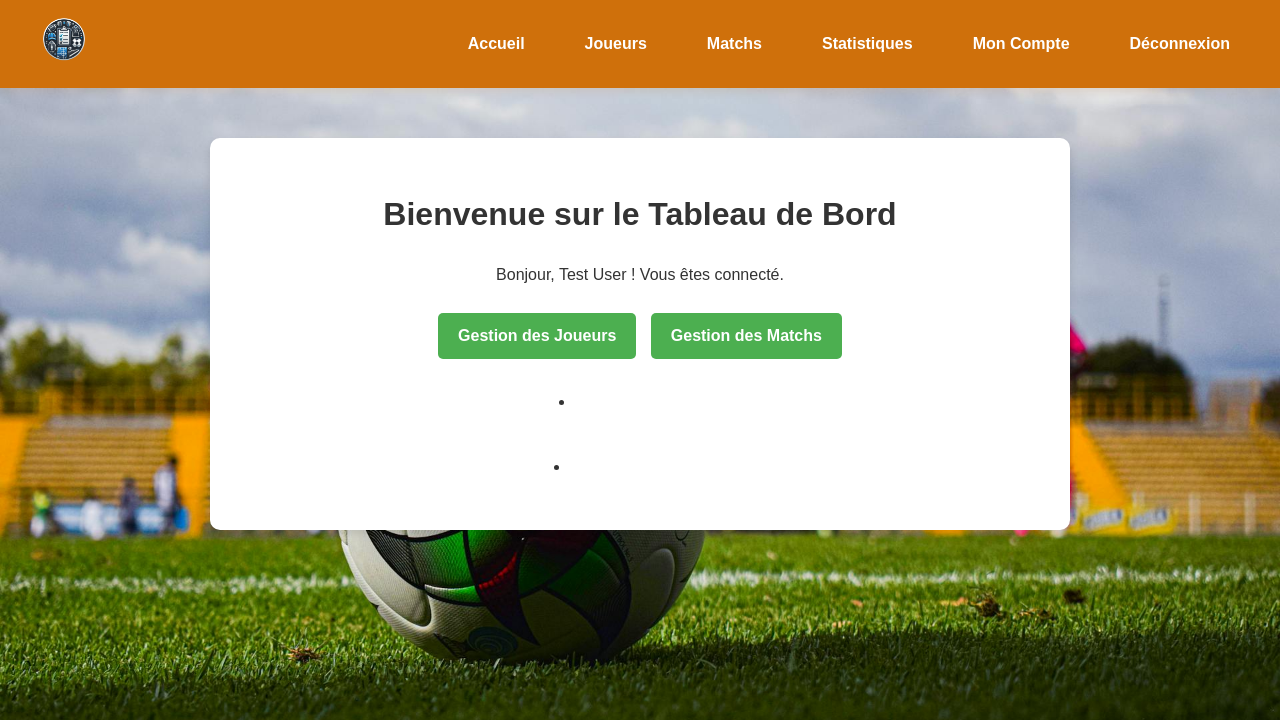
Repository: iisloomx/R401_MiniProjet
Page: http://localhost/MiniprojetR3.01/views/dashboard.php
The author's editor kept a copy of each file at every save. The page is drawn from the files as they stood at one save, then again after the next save.
The browser window is 1280 px wide. The pictures show the whole page.
The page is run by PHP 8.4 with error messages shown; the project is at /var/www/html/. The session is filled in as if someone had signed in: {"id_utilisateur": 1, "utilisateur": "Test User"}. Other server files are loaded and not shown.

Above is the page before, as saved 2025-01-19 04:30:43.

### views/dashboard.php
<?php
session_start(); // Démarrez la session au début du fichier

if (!isset($_SESSION['utilisateur'])) {
    header("Location: connexion.php");
    exit();
}

include 'header.php';
?>

<!DOCTYPE html>
<html lang="fr">

<head>
    <meta charset="UTF-8">
    <title>Tableau de Bord</title>
    <link rel="stylesheet" href="css/style.css">
</head>

<body>
    <div class="table-container">
        <div class="dashboard-container">
            <h1>Bienvenue sur le Tableau de Bord</h1>
            <?php if (isset($_SESSION['utilisateur'])) : ?>
                <p>Bonjour, <?= htmlspecialchars($_SESSION['utilisateur']); ?> ! Vous êtes connecté.</p>
            <?php else : ?>
                <p>Erreur : Utilisateur non connecté.</p>
            <?php endif; ?>


                    <a href="../controllers/JoueursController.php?action=liste" class="btn btn-gestjou">Gestion des Joueurs</a></li>
                    <a href="../controllers/MatchsController.php?action=liste" class="btn btn-gestmatch">Gestion des Matchs</a></li>
                    <li><a href="../controllers/StatistiquesController.php?action=index" class="btn btn-stat">Statistiques</a></li> <!-- Nouveau bouton -->
                    <li><a href="../controllers/DeconnexionController.php" class="btn btn-deco">Déconnexion</a></li>

        </div>
    </div>
</body>

</html>

<?php include 'footer.php'; ?>

### views/header.php
<!DOCTYPE html>
<html lang="fr">
<head>
    <meta charset="UTF-8">
    <title>Tableau de Bord</title>
    <link rel="stylesheet" href="/MiniprojetR3.01/views/css/style.css">

</head>
<body>
    <header class="main-header">
        <div class="logo">
            <a href="/MiniprojetR3.01/views/dashboard.php"><img src="../img/logo.PNG" alt="Logo" /></a>
        </div>

        <nav class="nav-links">
            <a href="/MiniprojetR3.01/views/dashboard.php">Accueil</a>
            <?php if (isset($_SESSION['utilisateur'])) : ?>

                    <a href="../controllers/JoueursController.php?action=liste">Joueurs</a>
                    <a href="../controllers/MatchsController.php?action=liste  ">Matchs</a>
                    <a href="../controllers/StatistiquesController.php?action=index">Statistiques</a>

                <a href="/MiniprojetR3.01/views/mon_compte.php" class="btn-account">Mon Compte</a>
                <a href="/MiniprojetR3.01/controllers/DeconnexionController.php" class="btn-logout">Déconnexion</a>
            <?php endif; ?>
        </nav>
    </header>
</body>
</html>

### views/css/style.css
/* Global Styles */
body {
    background: url('../img/BGROUND.jpg') no-repeat center center fixed;
    background-size: cover;
    font-family: Arial, sans-serif;
    margin: 0;
    padding: 0;
    line-height: 1.6;
    color: #333;
}

/* Header Styles */
.main-header {
    display: flex;
    align-items: center;
    justify-content: space-between;
    background-color: #cf700b;
    padding: 15px 30px;
    color: #fff;
    box-shadow: 0 4px 8px rgba(216, 117, 12, 0.1);
    position: sticky;
    top: 0;
    z-index: 1000;
}

.dropdown {
    position: relative;
    display: inline-block;
}

.dropdown-content {
    display: none;
    position: absolute;
    background-color: #f9f9f9;
    min-width: 160px;
    box-shadow: 0px 8px 16px 0px rgba(0,0,0,0.2);
    z-index: 1;
}

.dropdown-content a {
    color: black;
    padding: 12px 16px;
    text-decoration: none;
    display: block;
}



.logo img {
    height: 50px;
}

.nav-links {
    display: flex;
    align-items: center;
}

.nav-links a {
    color: #fff;
    text-decoration: none;
    font-weight: bold;
    margin-left: 20px;
    padding: 10px 20px;
    border-radius: 5px;
    transition: background-color 0.3s ease, color 0.3s ease, transform 0.2s ease;
}

.nav-links a:hover {
    background-color: #f4a261;
    color: #333;
    transform: scale(1.05);
}

.table-container {
    max-width: 800px;
    margin: 50px auto;
    background-color: #fff;
    padding: 30px;
    border-radius: 10px;
    box-shadow: 0 4px 8px rgba(0,0,0,0.1);
    text-align: center;
}

/* Container Styles */
.container {
    max-width: 800px;
    margin: 50px auto;
    padding: 30px;
    background-color: #fff;
    border-radius: 10px;
    box-shadow: 0 4px 8px rgba(0, 0, 0, 0.1);
    text-align: center;
}

/* Page Titles */
.container h1 {
    font-size: 32px;
    color: #333;
    margin-bottom: 20px;
}

/* --- AJOUT : Style du bouton "Ajouter un Match" --- */
.btn-add-match {
    display: inline-block;
    background-color: #4CAF50;
    color: #fff;
    font-weight: bold;
    text-decoration: none;
    padding: 10px 20px;
    border-radius: 5px;
    margin: 0 auto 20px auto;
    transition: background-color 0.3s ease, transform 0.2s ease;
}

.btn-add-match:hover {
    background-color: #45a049;
    transform: scale(1.05);
}

/* Pour forcer la couleur même si lien "visité" */
.btn-add-match:visited {
    color: #fff;
}

/* Forms */
form {
    width: 100%;
    max-width: 500px;
    margin: 0 auto;
    text-align: left;
}

form label {
    font-size: 16px;
    font-weight: bold;
    color: #555;
    display: block;
    margin-bottom: 5px;
}

form input[type="text"],
form input[type="number"],
form input[type="date"],
form input[type="password"],
form select {
    width: 100%;
    padding: 10px;
    margin-bottom: 20px;
    border: 1px solid #ccc;
    border-radius: 5px;
    font-size: 16px;
    transition: border-color 0.3s ease, box-shadow 0.3s ease;
}

form input[type="text"]:focus,
form input[type="number"]:focus,
form input[type="date"]:focus,
form input[type="password"]:focus {
    border-color: #4CAF50;
    box-shadow: 0 0 8px rgba(76, 175, 80, 0.5);
    outline: none;
}

form button {
    width: 100%;
    padding: 15px;
    background-color: #4CAF50;
    border: none;
    border-radius: 5px;
    color: white;
    font-size: 18px;
    font-weight: bold;
    cursor: pointer;
    transition: background-color 0.3s ease, transform 0.2s ease;
}

form button:hover {
    background-color: #45a049;
    transform: scale(1.05);
}


/* Table Styles */
.styled-table {
    width: 100%;
    border-collapse: collapse;
    margin-top: 20px;
    font-size: 16px;
    text-align: left; /* Changed from center to left */
    table-layout: fixed; /* Added to fix table layout */
}

.styled-table th,
.styled-table td {
    padding: 15px;
    border: 1px solid #ddd;
    word-wrap: break-word;
    white-space: normal;
}

.styled-table th {
    background-color: #f4a261;
    color: white;
    font-weight: bold;
}

.styled-table tr:nth-child(even) {
    background-color: #f9f9f9;
}

.styled-table tr:hover {
    background-color: #f1f1f1;
}

/* Links in Table */
.styled-table a {
    text-decoration: none;
    font-weight: bold;
    color: #fff;
    padding: 5px 10px;
    border-radius: 5px;
    transition: background-color 0.3s ease, color 0.3s ease, transform 0.2s ease;
}

.styled-table a:hover {
    background-color: #4CAF50;
    color: white;
    transform: scale(1.05);
}

/* Buttons for Add/Edit/Delete */
.btn {
    display: inline-block;
    padding: 10px 20px;
    font-size: 16px;
    font-weight: bold;
    color: white;
    text-decoration: none;
    border-radius: 5px;
    margin: 10px 5px;
    transition: background-color 0.3s ease, transform 0.2s ease;
}

.btn:hover {
    transform: scale(1.05);
}

.btn-add {
    background-color: #4CAF50; /* Green */
}

.btn-add:hover {
    background-color: #45a049;
}

.btn-add-commentaire {
    background-color: #4CAF50; /* Green */
}

.btn-add-commentaire:hover {
    background-color: #45a049;
}

.btn-add-joueur, .btn-gestmatch, .btn-gestjou, .btngest-match {
    background-color: #4CAF50; /* Green */
}

.btn-add-joueur:hover {
    background-color: #45a049;

.btn-feuille {
    background-color: #d6d65b; /* Green */
}

.btn-feuille:hover {
    background-color: #b2b24e; /* Green */
}

.btn-edit {
    background-color: #3498db; /* Blue */
}

.btn-edit:hover {
    background-color: #2980b9;
}

.btn-delete, .btn-deco {
    background-color: #e74c3c; /* Red */
}

.btn-delete:hover, .btn-deco:hover {
    background-color: #c0392b;
}

.btn-back {
    background-color: #9b59b6; /* Purple */
}

.btn-back:hover {
    background-color: #8e44ad;
}


/* Footer Styles */
.main-footer {
    display: flex;
    align-items: center;
    justify-content: center;
    background-color: #cf700b;
    padding: 15px 30px;
    color: #fff;
    height: 60px;
    margin-top: 50px;
}

/* Footer Links */
.footer-links a {
    color: #fff;
    text-decoration: none;
    font-weight: bold;
}

.footer-links a:hover {
    text-decoration: underline;
}

/* Form Error Message */
.error-message {
    color: red;
    font-size: 16px;
    margin-bottom: 15px;
    text-align: center;
}

/* Responsive Styles */
@media (max-width: 600px) {
    .container {
        width: 90%;
        margin: 20px auto;
        padding: 20px;
    }

    .styled-table {
        font-size: 14px;
    }

    form input,
    form button {
        font-size: 14px;
    }
}

/* Link to Create Account */
.create-account-link {
    color: #4CAF50;
    font-weight: bold;
    text-decoration: none;
    margin-top: 20px;
    display: inline-block;
    transition: color 0.3s ease, transform 0.2s ease;
}

.create-account-link:hover {
    color: #45a049;
    text-decoration: underline;
    transform: scale(1.05);
}

.create-account-container {
    text-align: center;
    margin-top: 20px;
    font-size: 16px;
    color: #333;
}

.form-container h2 {
    font-size: 28px;
    margin-bottom: 20px;
    color: #333;
    text-align: center;
}

/* Dashboard Container */
.dashboard-container {
    text-align: center;
    margin-top: 50px;
    padding: 30px;
    background-color: #fff;
    border-radius: 10px;
    box-shadow: 0 4px 8px rgba(0, 0, 0, 0.1);
    max-width: 600px;
    margin-left: auto;
    margin-right: auto;
}

/* Dashboard Title */
.dashboard-container h1 {
    font-size: 32px;
    color: #333;
    margin-bottom: 20px;
}

/* Dashboard Paragraph */
.dashboard-container p {
    font-size: 18px;
    color: #555;
    margin-bottom: 30px;
}

/* Navigation Links */
.dashboard-container nav ul {
    list-style: none;
    padding: 0;
    margin: 0;
}

.dashboard-container nav ul li {
    margin: 10px 0;
}

.dashboard-container nav ul li a {
    display: inline-block;
    font-size: 18px;
    font-weight: bold;
    text-decoration: none;
    color: #fff;
    background-color: #4CAF50;
    padding: 10px 20px;
    border-radius: 5px;
    transition: background-color 0.3s ease, transform 0.2s ease;
}

.dashboard-container nav ul li a:hover {
    background-color: #45a049;
    transform: scale(1.05);
}

/* Déconnexion Button */
.dashboard-container nav ul li a.deconnexion {
    background-color: #e74c3c;
}

.dashboard-container nav ul li a.deconnexion:hover {
    background-color: #c0392b;
}

/* Styles pour les boutons radio et leurs labels */
.radio-group {
    display: flex;
    flex-wrap: wrap;
    gap: 10px;
    margin-top: 10px;
}

.radio-group label {
    display: inline-flex;
    align-items: center;
    font-size: 16px;
    color: #555;
    cursor: pointer;
    margin-right: 15px;
}

.radio-group input[type="radio"] {
    margin-right: 5px;
    cursor: pointer;
    width: 16px;
    height: 16px;
    vertical-align: middle;
}

.error-message {
    color: red;
    font-size: 14px;
    margin-top: 10px;
}

.success-message {
    color: green;
    font-size: 14px;
    margin-top: 10px;
}

.no-data {
    color: #555;
    font-size: 16px;
    margin-top: 20px;
}

}

Loaded but not shown: views/footer.php (common file)

After the next save:
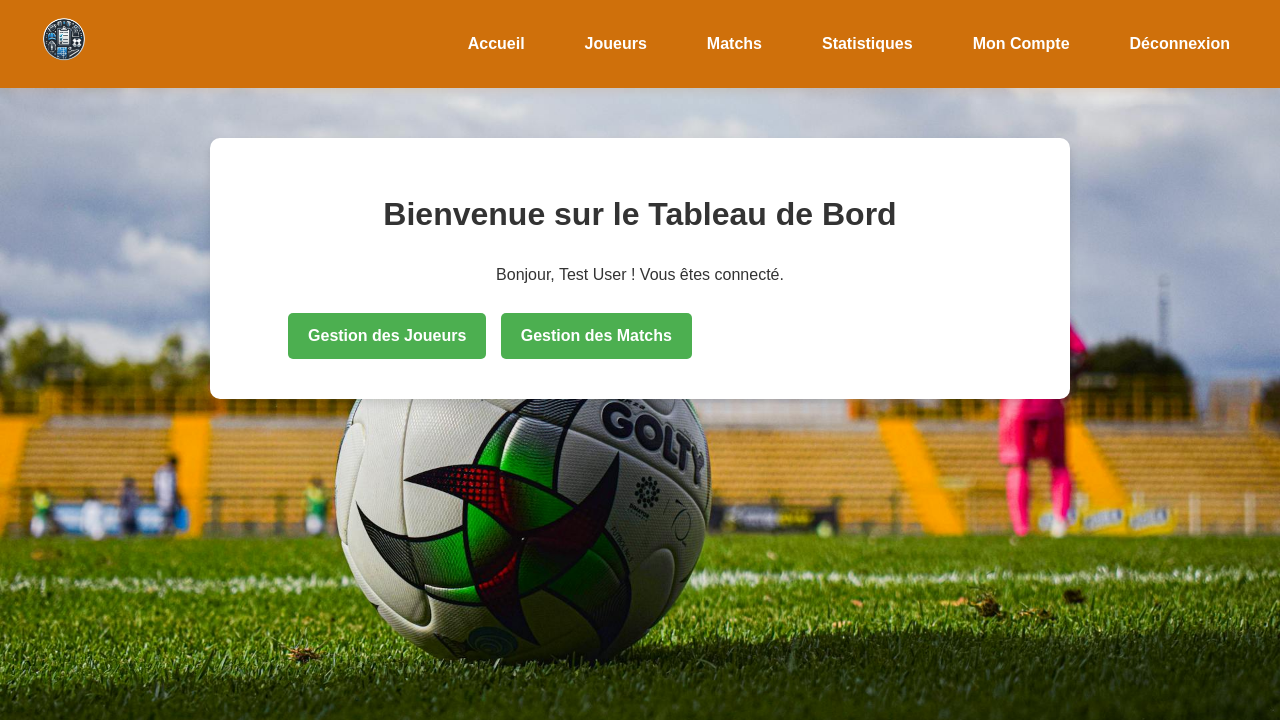
Saved 4 s later.
--- a/views/dashboard.php
+++ b/views/dashboard.php
@@ -31,8 +31,8 @@ include 'header.php';
 
                     <a href="../controllers/JoueursController.php?action=liste" class="btn btn-gestjou">Gestion des Joueurs</a></li>
                     <a href="../controllers/MatchsController.php?action=liste" class="btn btn-gestmatch">Gestion des Matchs</a></li>
-                    <li><a href="../controllers/StatistiquesController.php?action=index" class="btn btn-stat">Statistiques</a></li> <!-- Nouveau bouton -->
-                    <li><a href="../controllers/DeconnexionController.php" class="btn btn-deco">Déconnexion</a></li>
+                    <a href="../controllers/StatistiquesController.php?action=index" class="btn btn-stat">Statistiques</a></li> <!-- Nouveau bouton -->
+                    <a href="../controllers/DeconnexionController.php" class="btn btn-deco">Déconnexion</a></li>
 
         </div>
     </div>
